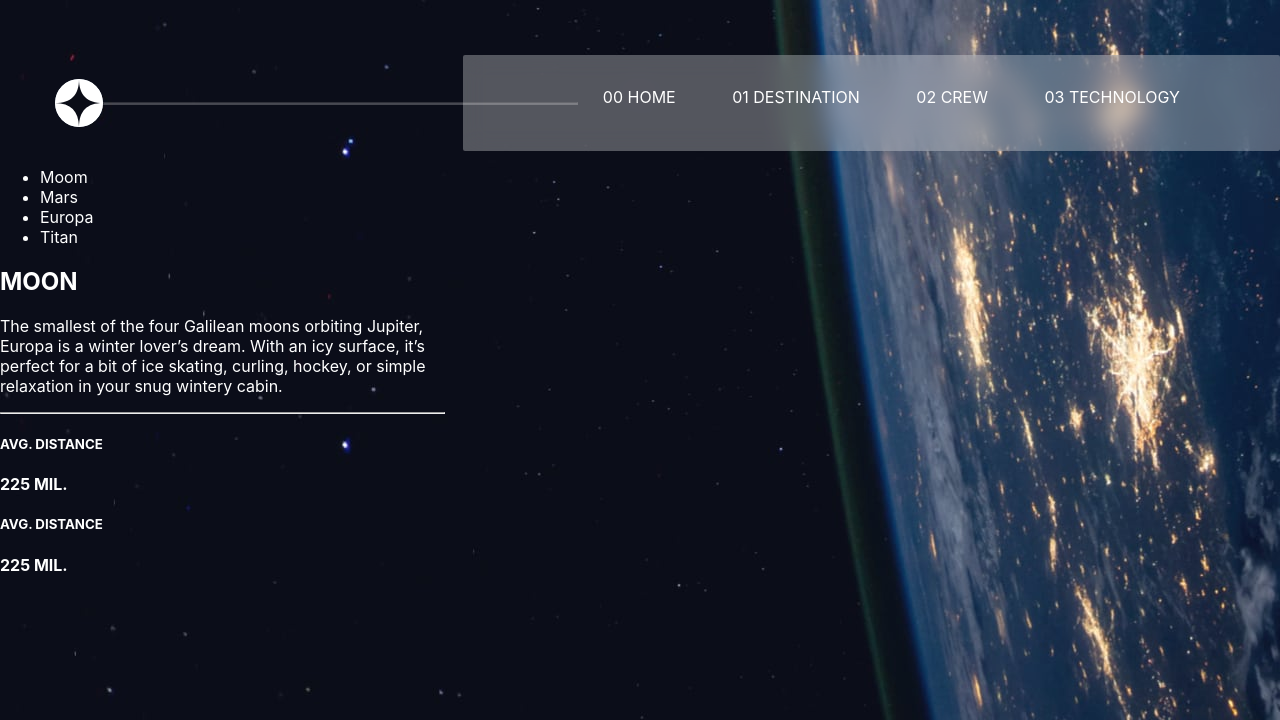
Repository: jhonenmanuel1/FrontEndMentor-MultiPageSpace
Page: /
These files come from the project's save history. The page is drawn as it stood at one moment and after the next save; the edit follows.
The browser window is 1280 px wide. The pictures show the whole page.
The project was rebuilt for these pictures with package versions that can differ from the ones it lists, and the page was loaded fresh each time. Also part of the build but not shown: src/views/home.js.

Above is the page before, as saved 2022-06-23 22:42:15.

### src/App.js

import HeaderView from './components/header';
import Destination from './views/destination';
import HomeView from './views/home';


function App() {
  return (
    <div className="App">
      <HeaderView/>
      <Destination/>


    </div>
  );
}

export default App;

### src/components/header.js
import styles from "../styles/header.module.css"

const HeaderView = ()=>{

    return(
        <div className={styles.wraper}>
            <div className={styles.headerLogo}>
            <svg xmlns="http://www.w3.org/2000/svg" width="48" height="48"><g fill="none" fill-rule="evenodd"><circle cx="24" cy="24" r="24" fill="#FFF"/><path fill="#0B0D17" d="M24 0c0 16-8 24-24 24 15.718.114 23.718 8.114 24 24 0-16 8-24 24-24-16 0-24-8-24-24z"/></g></svg>
            </div>
            <div className={styles.headerLine}>
                <hr />
            </div>
            <div className={styles.headerMenu}>
                 <ul>
                    <li> 00 HOME</li>
                    <li> 01 DESTINATION </li>
                    <li> 02 CREW </li>
                    <li className={styles.lastList}> 03 TECHNOLOGY</li>

                </ul>
            </div>

        </div>
    )
}
export default HeaderView;

### src/views/destination.js
import PlanetCardInfo from "../atoms/PlanetCardInfo";

export default function Destination() {
  return (
    <>
      <div className="destinationContainer">
        <div className="planetCard">
          <div className="titlePlanet"></div>
          <div className="planetCardImage"></div>
        </div>
        <div>
            <PlanetCardInfo/>
        </div>
      </div>
    </>
  );
}

### src/styles/header.module.css
.wraper {
    margin-top: 55px;
    display: flex;
    justify-content: space-between;


    background-position: center center;
    background-repeat: no-repeat;
    background-size: cover


}
.headerLogo{
    display: flex;
    justify-content: center;
    align-items: center;


}
.headerLogo svg {
    background-color: aliceblue;
    border-radius: 100%;
    height: 48px;
    width: 48px;
    margin-left: 55px;
}

.headerMenu{
    background-color: rgba(255, 255, 255, 0.3);
    border-radius: 2px;
    text-align: center;
    backdrop-filter: blur(12px);
    -webkit-backdrop-filter: blur(10px);
    width: 830px;
    height: 96px;



}

.headerMenu ul {
    display: flex;
    justify-content:  space-between;
    align-items: center;
    padding-right: 100px;
    margin-left: 100px;
    margin-top: 32px;
    color: white;


}
.headerMenu ul li {
    text-decoration: none;
    list-style: none;

}

.headerLogo{
    color: white;

}
.headerLine {
    display: flex;
    justify-content: center;
    align-items: center;
    margin-right: -9%;
    z-index: 1;

}
.headerLine hr {
    height: 1px;
    background-color: white;
    color: white;
    width: 473px;
    opacity:  25.15%;

}

### src/atoms/PlanetCardInfo.js
import styles from  '../styles/planetcardinfo.module.css'
export default function PlanetCardInfo() {
  return (
    <section section className={styles.planetCardInfoContainer}>
      <div >
        <div className={styles.planetCardHeader}>
          <ul>
            <li>Moom</li>
            <li>Mars</li>
            <li>Europa</li>
            <li>Titan</li>
          </ul>
        </div>
        <div className="planetCardTitle">
          <h1> MOON</h1>
        </div>
        <p>
          The smallest of the four Galilean moons orbiting Jupiter, Europa is a
          winter lover’s dream. With an icy surface, it’s perfect for a bit of
          ice skating, curling, hockey, or simple relaxation in your snug
          wintery cabin.
        </p>
        <hr></hr>
        <div className="planetCardFooter">
          <div>
            <div className="Mini Targets"></div>
          </div>
          <h5>AVG. DISTANCE</h5>
          <h4>225 MIL.</h4>
        </div>
        <div className="planetCardFooter">
          <div>
            <div className="Mini Targets"></div>
          </div>
          <h5>AVG. DISTANCE</h5>
          <h4>225 MIL.</h4>
        </div>
      </div>
    </section>
  );
}

### src/styles/homeview.module.css
body{
    color: white;
    background-image: url("../components/Images/home/background-home-desktop.jpg") ;
}
.containerCard{
    display: flex;
    margin-top: 257px;
    justify-content: center;
    align-items: center;
}
.spaceinfo{
    padding-right: 325px;
}
.homeSpaceTarget{
    max-width: 461.76px;
    display: flex;
    justify-content: center;
    align-items: center;
    margin: 0px;

}

.homeSpaceTargeth3 {
    font-weight: 1;
    font-size: 34px;
    margin: 0px;
}
.homeSpaceTargeth1{

    font-family: 'Bellefair';
    font-style: normal;
    font-weight: 400;
    font-size: 128px;
    line-height: 147px;
    margin: 0px;
}
.homeSpaceTargetp{
    font-size: 18px;
}
.explore{

    margin-bottom: -70px;
}

### src/styles/planetcardinfo.module.css
.planetCardInfoContainer {
  display: flex;
  align-items: center;
  justify-content: center;
  max-width: 445px;
}

Loaded but not shown: public/index.html (common file); src/index.js (common file); src/index.css (common file); src/reportWebVitals.js (common file)

After the next save:
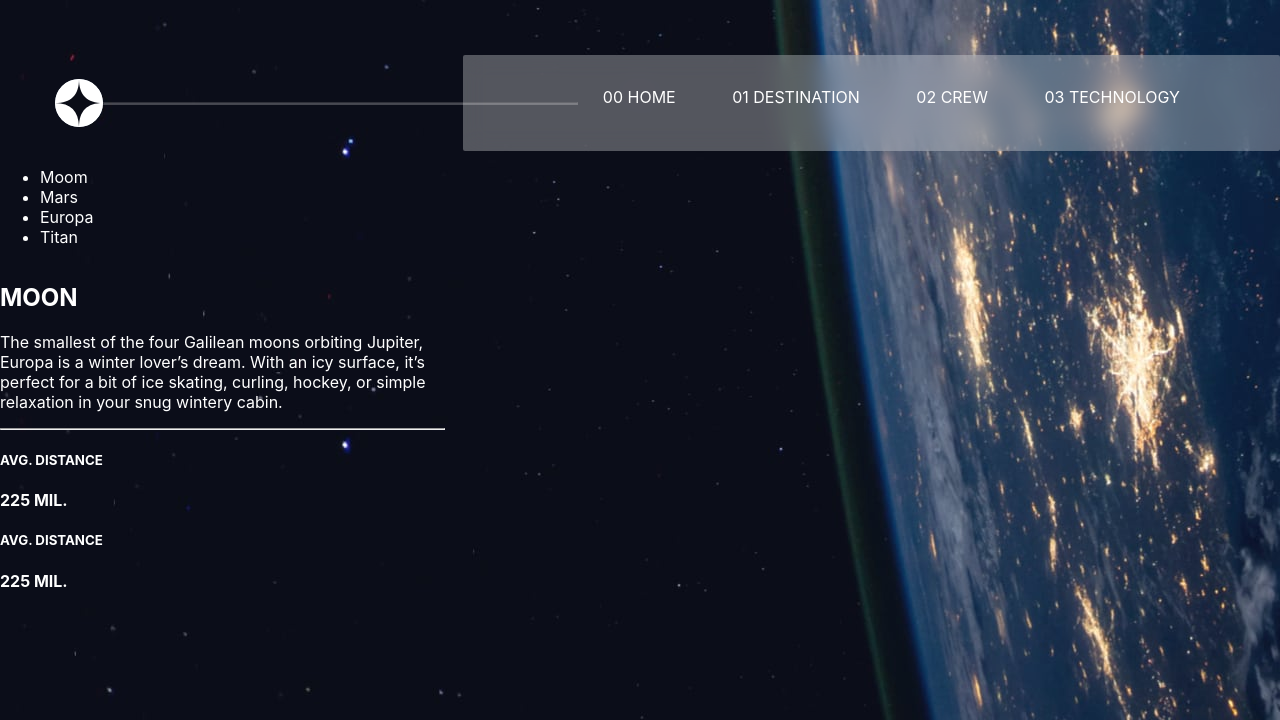
Saved 31 s later.
--- a/src/styles/planetcardinfo.module.css
+++ b/src/styles/planetcardinfo.module.css
@@ -4,3 +4,6 @@
   justify-content: center;
   max-width: 445px;
 }
+.planetCardHeader{
+    display: flex;
+}

After the save that followed:
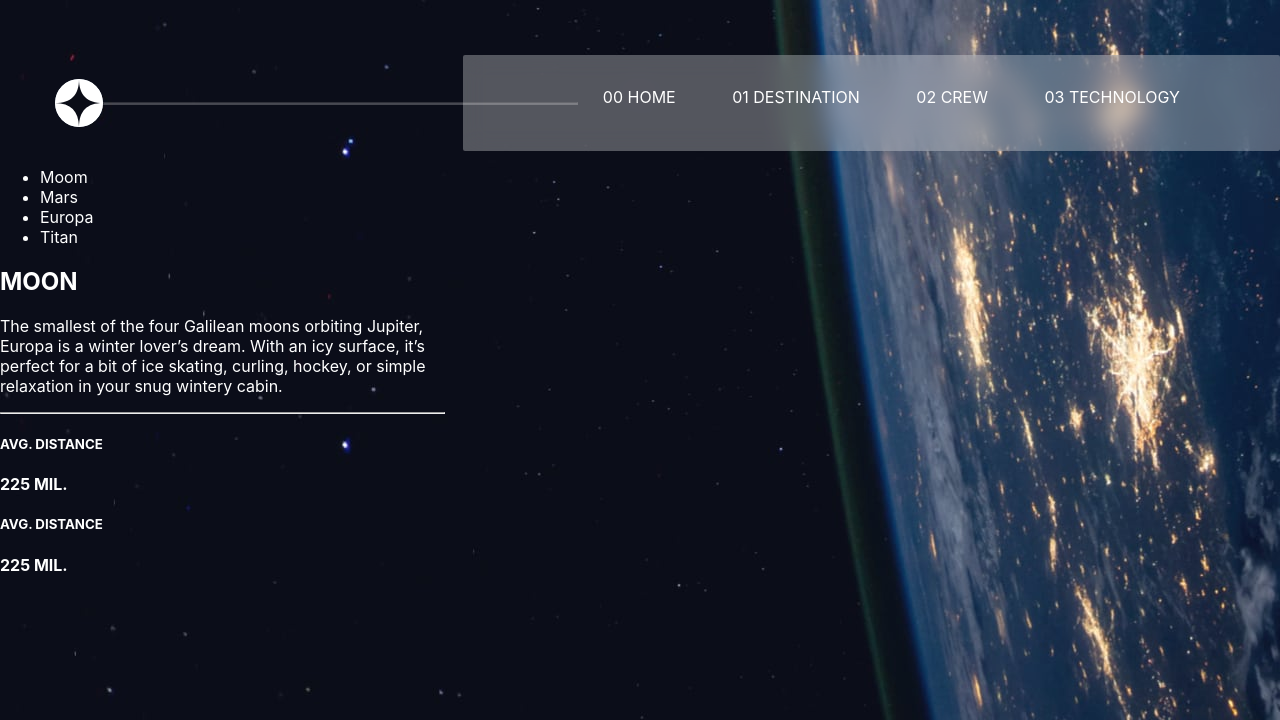
Saved 38 s later.
--- a/src/styles/planetcardinfo.module.css
+++ b/src/styles/planetcardinfo.module.css
@@ -5,5 +5,5 @@
   max-width: 445px;
 }
 .planetCardHeader{
-    display: flex;
+ justify-content: center;
 }
